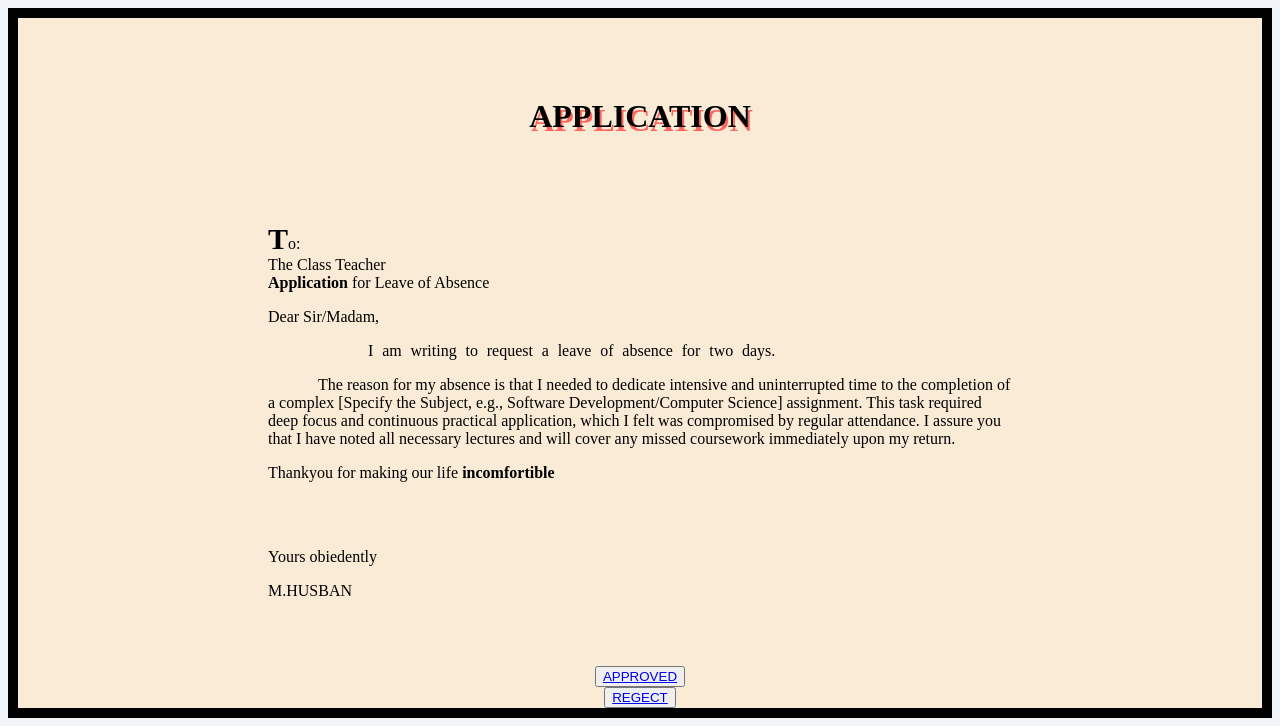
Repository: MHusban64-coder/WRITTEN-APPLICATION-FROM-CSS
Page: ASSINGMENT 3/index.html
These files come from the project's save history. The page is drawn as it stood at one moment and after the next save; the edit follows.
The browser window is 1280 px wide. The pictures show the whole page.

Above is the page before, as saved 2025-10-16 12:50:42.

After the next save:
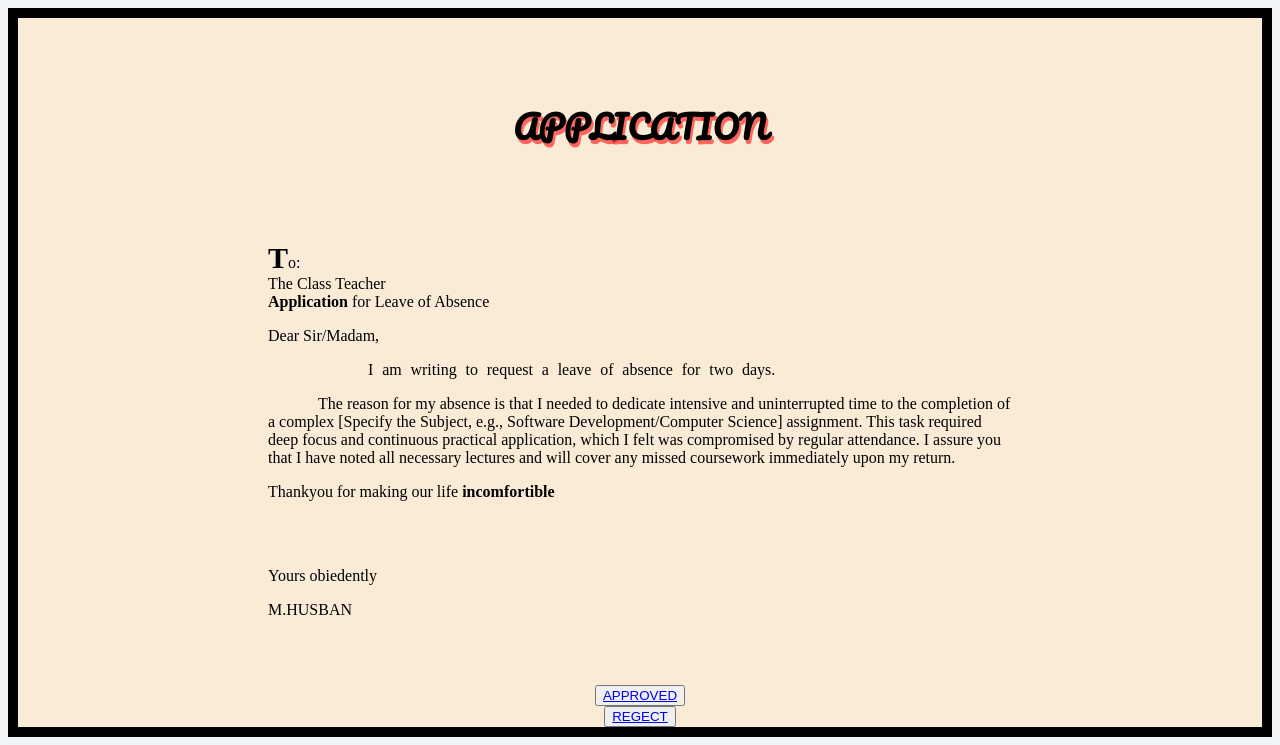
Saved 2 min 7 s later.
--- a/ASSINGMENT 3/style.css
+++ b/ASSINGMENT 3/style.css
@@ -56,7 +56,7 @@ text-shadow: 2px 4px 0px rgba(255,0,0,0.57);
     text-align: center;
 }
 
-.appli{
+#appli{
   font-family: "pacifico";
 
 }
